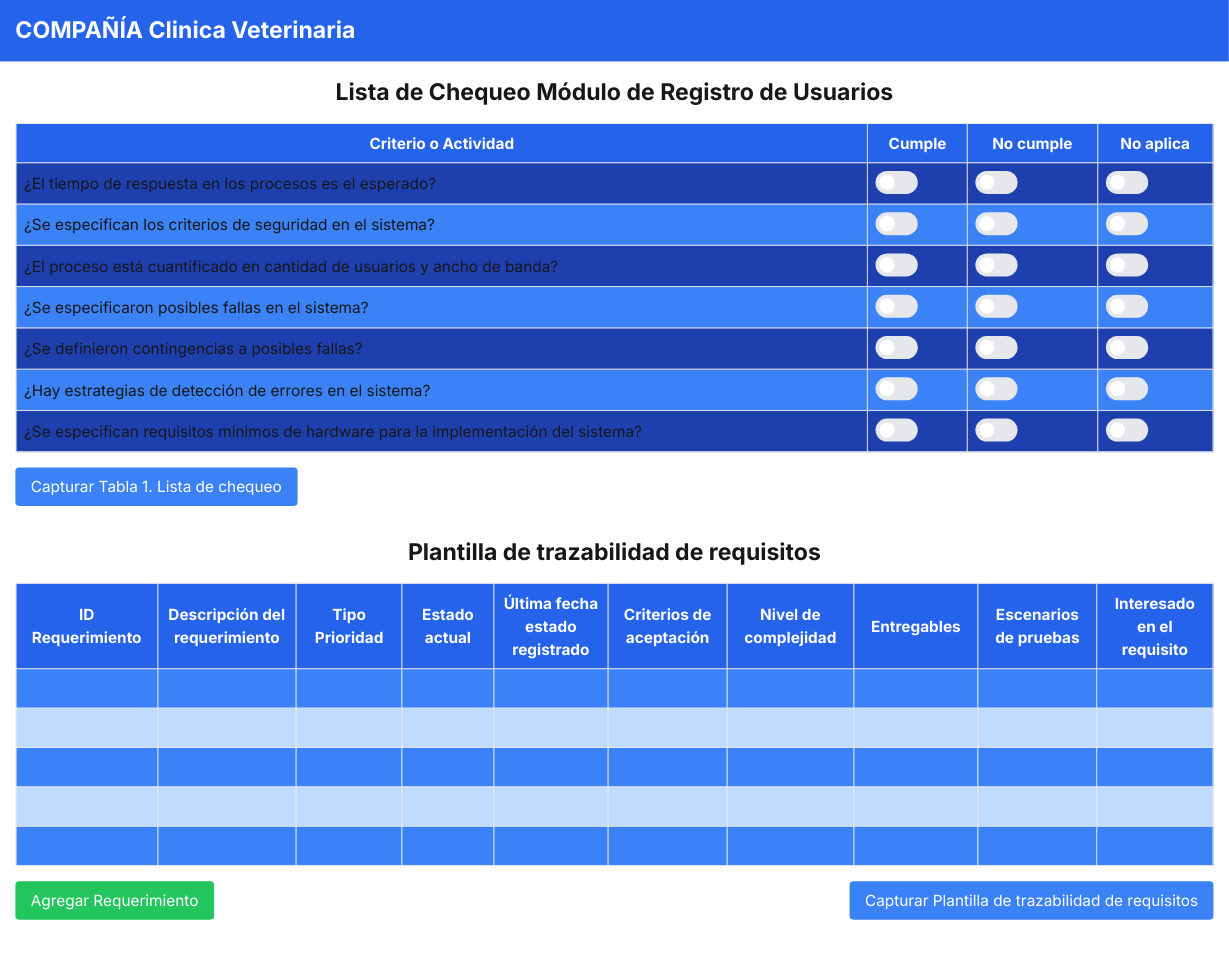
Repository: CiroAlfa/lista-de-Chequeo
Page: /
An editor plug-in stored every save of this project. The page is shown before and after the next save, followed by the edit.
The browser window is 1280 px wide. The pictures show the whole page, at 96% of full size.
The project was rebuilt for these pictures with package versions that can differ from the ones it lists, and the page was loaded fresh each time. The framework's server and built-in components were replaced by stand-ins that run in the browser. Also part of the build but not shown: next.config.mjs.

Above is the page before, as saved 2024-09-27 13:15:52.

After the next save:
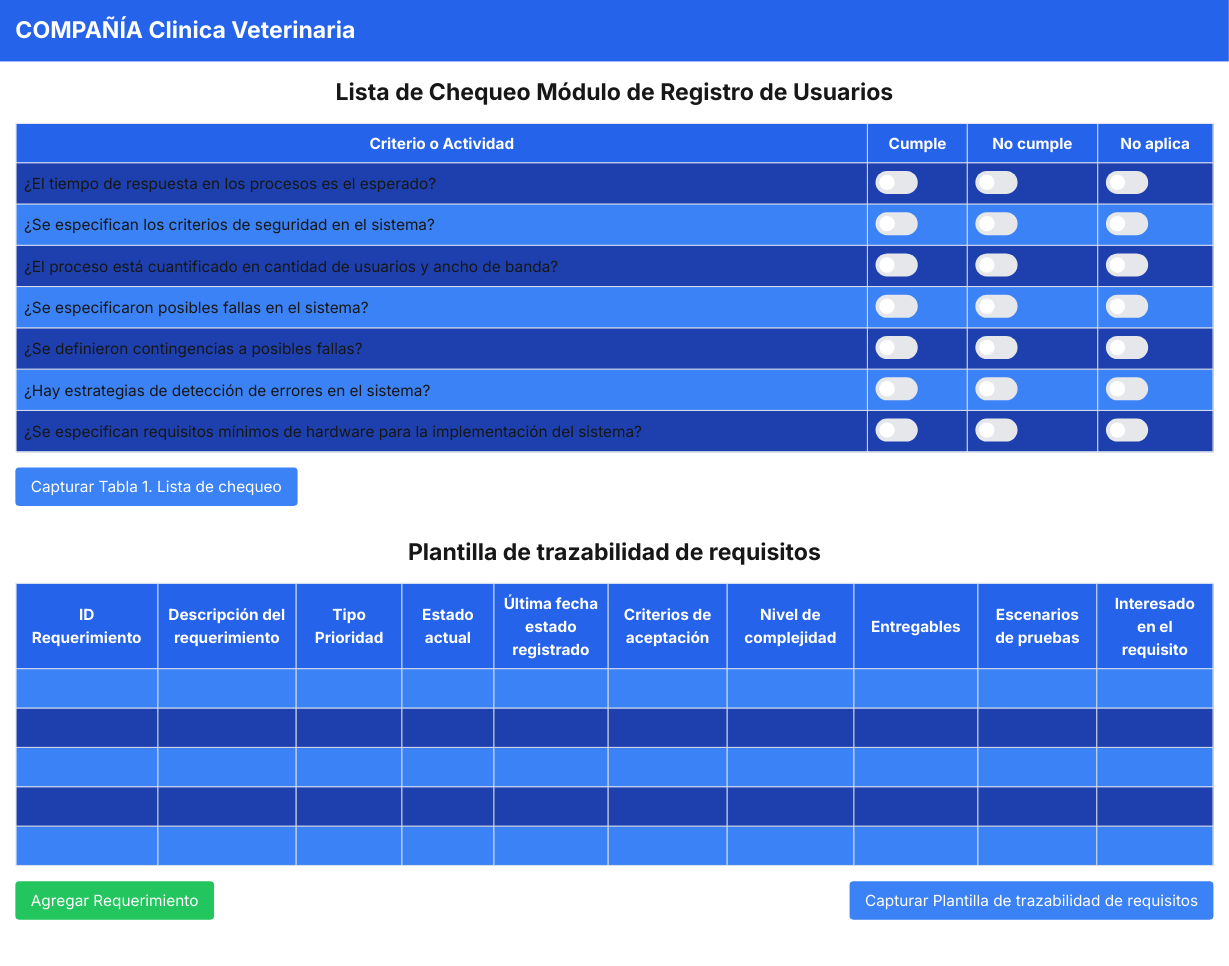
Saved 10 s later.
--- a/src/app/page.tsx
+++ b/src/app/page.tsx
@@ -176,7 +176,7 @@ export default function Home() {
           </thead>
           <tbody>
             {requirements.map((item, index) => (
-              <tr key={index} className={index % 2 === 0 ? 'bg-blue-500' : 'bg-blue-200'}>
+              <tr key={index} className={index % 2 === 0 ? 'bg-blue-500' : 'bg-blue-800'}>
                 <td className="border p-2">
                   <input
                     type="text"
